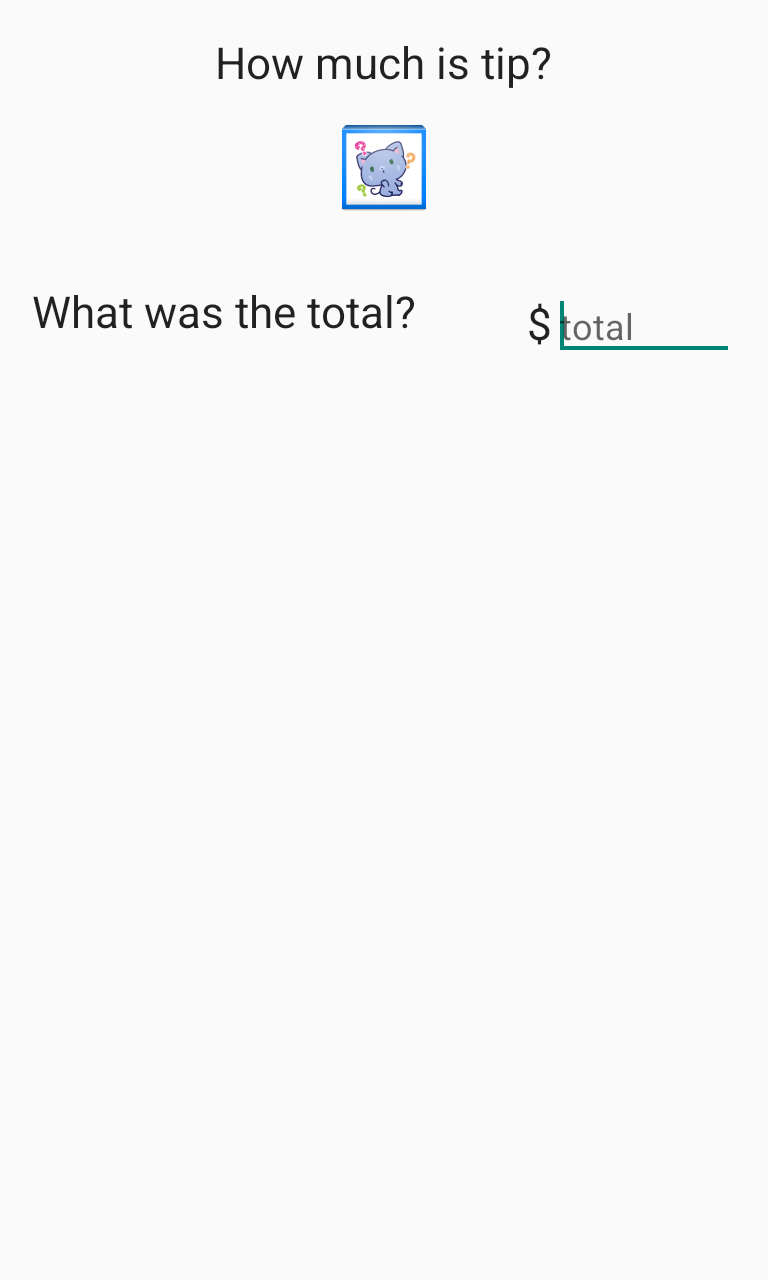
Repository: any027/BillHelper
Layout: BillHelper/res/layout/how_much_tip.xml
These files come from the project's save history. The layout is drawn as it stood at one moment and after the next save; the edit follows.
It is drawn on a 768 x 1280 px phone screen (xhdpi) without system bars, with theme AppTheme; the app's code is not run.

Above is the layout before, as saved 2015-06-29 08:25:44.

### BillHelper/res/layout/how_much_tip.xml

<RelativeLayout xmlns:android="http://schemas.android.com/apk/res/android"
    xmlns:tools="http://schemas.android.com/tools"
    android:layout_width="match_parent"
    android:layout_height="match_parent"
    android:paddingBottom="@dimen/activity_vertical_margin"
    android:paddingLeft="@dimen/activity_horizontal_margin"
    android:paddingRight="@dimen/activity_horizontal_margin"
    android:paddingTop="@dimen/activity_vertical_margin"
    tools:context="com.example.billhelper.MainActivity$PlaceholderFragment" >

    <TextView
        android:id="@+id/howMuchTitle"
        android:layout_width="wrap_content"
        android:layout_height="wrap_content"
        android:layout_centerHorizontal="true"
        android:text="@string/do_i_tip"
        android:textAppearance="?android:attr/textAppearanceLarge" />

    <ImageView
        android:id="@+id/how_much_pic"
        android:layout_width="wrap_content"
        android:layout_height="wrap_content"
        android:layout_below="@+id/howMuchTitle"
        android:layout_centerHorizontal="true"
        android:layout_marginTop="14dp"
        android:src="@drawable/how_much_tip" />

    <EditText
        android:id="@+id/how_much_total"
        android:layout_width="wrap_content"
        android:layout_height="wrap_content"
        android:layout_below="@+id/how_much_pic"
        android:layout_marginTop="33dp"
        android:layout_toRightOf="@+id/howMuchTitle"
        android:ems="10"
        android:hint="@string/total"
        android:inputType="numberDecimal" >

        <requestFocus />
    </EditText>

    <TextView
        android:id="@+id/billQuestion"
        android:layout_width="wrap_content"
        android:layout_height="wrap_content"
        android:layout_alignBottom="@+id/how_much_total"
        android:layout_alignTop="@+id/how_much_total"
        android:text="@string/bill_total"
        android:textAppearance="?android:attr/textAppearanceLarge"
        />

    <TextView
        android:id="@+id/textView1"
        android:layout_width="wrap_content"
        android:layout_height="wrap_content"
        android:layout_alignBaseline="@+id/how_much_total"
        android:layout_alignBottom="@+id/how_much_total"
        android:layout_toLeftOf="@+id/how_much_total"
        android:text="$"
        android:textAppearance="?android:attr/textAppearanceLarge" />

</RelativeLayout>

### BillHelper/res/values/strings.xml
<?xml version="1.0" encoding="utf-8"?>
<resources>

    <string name="app_name">Bill helper</string>
    <string name="title_section1">Home Screen</string>
    <string name="title_section2">How much do I tip?</string>
    <string name="title_section3">How much did I tip?</string>
    <string name="title_section4">I want to split the Bill</string>
    <string name="navigation_drawer_open">Open navigation drawer</string>
    <string name="navigation_drawer_close">Close navigation drawer</string>
    <string name="action_example">Example action</string>
    <string name="action_settings">Settings</string>
    <string name="welcome">Welcome to Bill Helper!</string>
    <string name="welcome_question">What do you need help with?</string>
    <string name="did_i_tip">How much did I tip?</string>
    <string name="do_i_tip">How much is tip?</string>
    <string name="splitting">I want to split the bill</string>
    <string name="bill_total">What was the total?</string>
    <string name="total">total</string>

</resources>

Loaded but not shown: BillHelper/res/values/styles.xml (common file); BillHelper/res/values-v11/styles.xml (common file); BillHelper/res/values-v14/styles.xml (common file); BillHelper/res/values/dimens.xml (common file); BillHelper/res/values-w820dp/dimens.xml (common file)

After the next save:
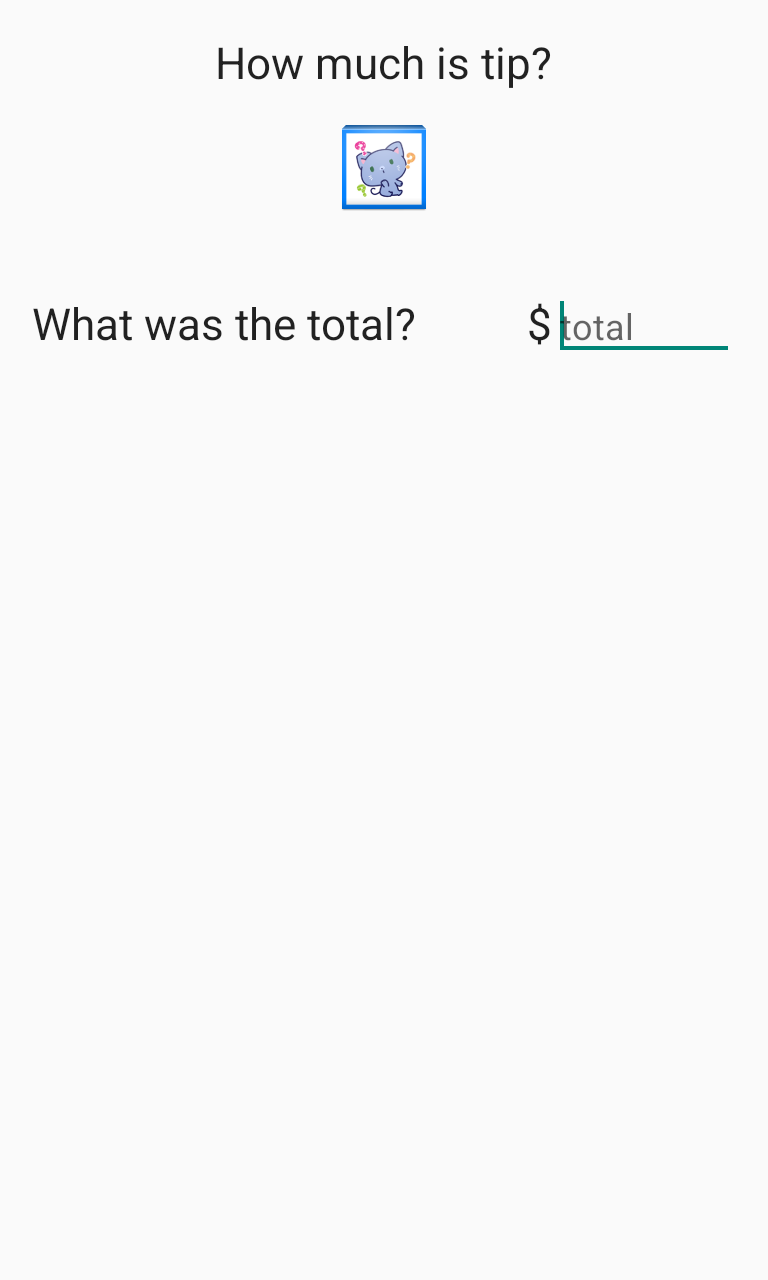
Saved 11 s later.
--- a/BillHelper/res/layout/how_much_tip.xml
+++ b/BillHelper/res/layout/how_much_tip.xml
@@ -41,16 +41,6 @@
     </EditText>
 
     <TextView
-        android:id="@+id/billQuestion"
-        android:layout_width="wrap_content"
-        android:layout_height="wrap_content"
-        android:layout_alignBottom="@+id/how_much_total"
-        android:layout_alignTop="@+id/how_much_total"
-        android:text="@string/bill_total"
-        android:textAppearance="?android:attr/textAppearanceLarge"
-        />
-
-    <TextView
         android:id="@+id/textView1"
         android:layout_width="wrap_content"
         android:layout_height="wrap_content"
@@ -60,4 +50,14 @@
         android:text="$"
         android:textAppearance="?android:attr/textAppearanceLarge" />
 
+    <TextView
+        android:id="@+id/billQuestion"
+        android:layout_width="wrap_content"
+        android:layout_height="wrap_content"
+        android:layout_alignBaseline="@+id/textView1"
+        android:layout_alignBottom="@+id/textView1"
+        android:layout_alignParentLeft="true"
+        android:text="@string/bill_total"
+        android:textAppearance="?android:attr/textAppearanceLarge" />
+
 </RelativeLayout>
